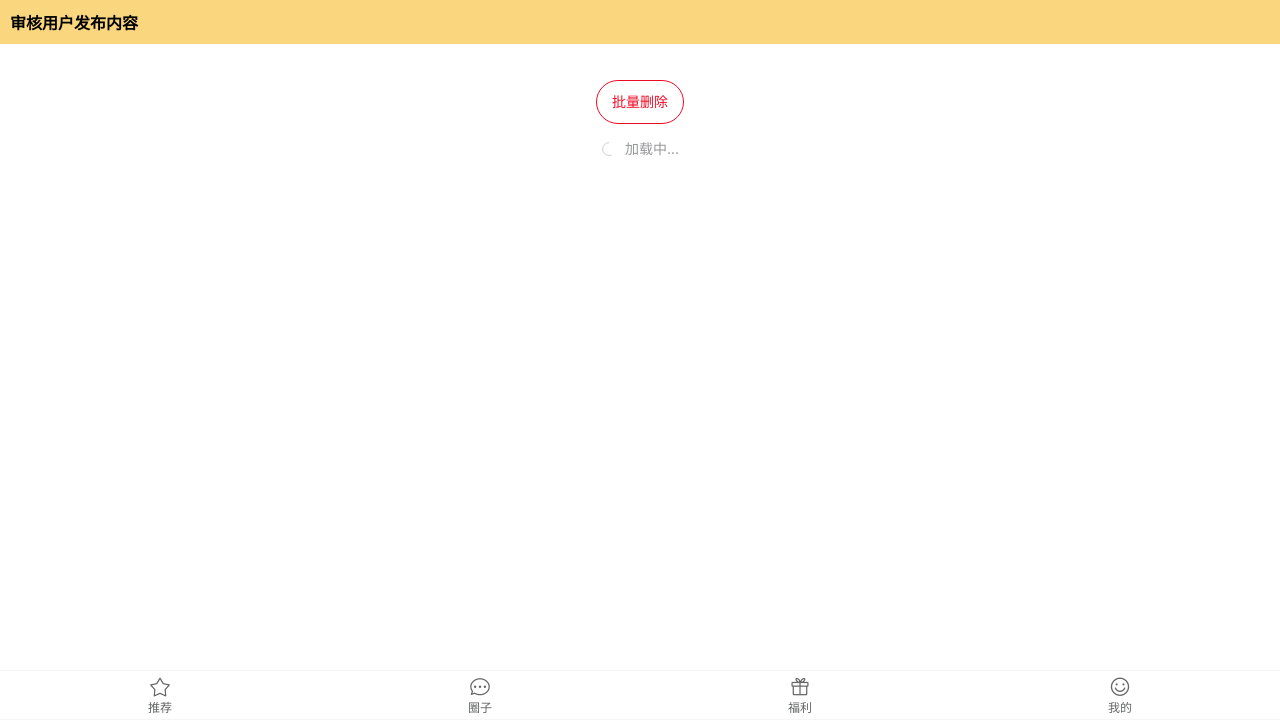
Repository: pbw-langwang/dm
Page: /#/Yhfabu (app in dm_vue/)
These files come from the project's save history. The page is drawn as it stood at one moment and after the next save; the edit follows.
The browser window is 1280 px wide. The pictures show the whole page.
The page's requests for data from a server got no answer. The project was rebuilt for these pictures with package versions that can differ from the ones it lists, and the page was loaded fresh each time. No one was signed in, and anything a server would have sent is missing. Also part of the build but not shown: dm_vue/src/components/HelloWorld.vue, dm_vue/src/components/video.vue, dm_vue/src/components/setting.vue, dm_vue/src/components/gift.vue, dm_vue/src/components/Regist.vue, dm_vue/src/components/history.vue, dm_vue/src/components/Search.vue, dm_vue/src/components/SearchList.vue and 4 more.

Above is the page before, as saved 2021-06-22 20:55:39.

### dm_vue/index.html
<!DOCTYPE html>
<html>
  <head>
    <meta charset="utf-8">
    <meta name="viewport" content="width=device-width,initial-scale=1.0">
    <title>toutiao</title>
  </head>
  <body>
    <div id="app"></div>
    <!-- built files will be auto injected -->
  </body>
</html>

### dm_vue/src/main.js
// The Vue build version to load with the `import` command
// (runtime-only or standalone) has been set in webpack.base.conf with an alias.
import Vue from 'vue'
import App from './App'
import router from './router'
import Vant from 'vant'
import 'vant/lib/index.css'
import axios from 'axios'
import VueAxios from 'vue-axios'

Vue.use(VueAxios, axios)
Vue.use(Vant);

axios.defaults.baseURL = 'http://localhost:8080/dm/';
axios.defaults.withCredentials = true;

Vue.config.productionTip = false

Vue.filter("dateFormat", function (dateStr, pattern = "") {
    var dt = new Date(dateStr);
    var y = dt.getFullYear();
    var m = dt.getMonth() + 1;
    var d = dt.getDate();
    if (pattern.toLowerCase() == "yyyy-mm-dd") {
        return `${y}年${m}月${d}日`
    } else {
        var hh = dt.getHours();
        var mm = dt.getMinutes();
        var ss = dt.getSeconds();
        return `${y}年${m}月${d}日 ${hh}:${mm}:${ss}`
    }
})

/* eslint-disable no-new */
new Vue({
    el: '#app',
    router,
    components: { App },
    template: '<App/>'
})

### dm_vue/src/App.vue
<template>
  <div id="app">
    <router-view />

    <van-tabbar v-model="active" route>
      <van-tabbar-item name="home" to="/" icon="star-o">推荐</van-tabbar-item>
      <van-tabbar-item name="search" to="/video" icon="chat-o"
        >圈子</van-tabbar-item
      >
      <van-tabbar-item name="search" to="/gift" icon="point-gift-o"
        >福利</van-tabbar-item
      >
      <van-tabbar-item name="setting" to="/setting" icon="smile-o"
        >我的</van-tabbar-item
      >
    </van-tabbar>
  </div>
</template>

<script>
export default {
  name: "App",
  data() {
    return {
      active: "home",
    };
  },
};
</script>

### dm_vue/src/router/index.js
import Vue from 'vue'
import Router from 'vue-router'
import HelloWorld from '@/components/HelloWorld'
import video from '@/components/video'
import setting from '@/components/setting'
import Gift from '@/components/gift'
import Regist from '@/components/Regist'
import History from "@/components/history"
import Search from "@/components/Search"
import SearchList from "@/components/SearchList"
import Postdetail from "@/components/Postdetail"
import Authord from "@/components/Authord"
import fabu from "@/components/fabu"
import FabuPost from "@/components/FabuPost"
import Yhfabu from "@/components/Yhfabu"

Vue.use(Router)

export default new Router({
    routes: [{
            path: '/',
            name: 'HelloWorld',
            component: HelloWorld
        },
        {
            path: '/video',
            name: 'Video',
            component: video
        },
        {
            path: '/setting',
            name: 'setting',
            component: setting
        },
        {
            path: "/gift",
            name: "gift",
            component: Gift
        },
        {
            path: "/Regist",
            name: "Regist",
            component: Regist
        }, {
            path: "/History",
            name: "History",
            component: History
        }, {
            path: "/Search",
            name: "Search",
            component: Search
        }, {
            path: "/SearchList/:value",
            name: "SearchList",
            component: SearchList
        }, {
            path: "/Postdetail/:value",
            name: "Postdetail",
            component: Postdetail
        },
        {
            path: "/Authord/:value",
            name: "Authord",
            component: Authord
        },
        {
            path: "/FabuPost",
            name: "FabuPost",
            component: FabuPost
        },
        {
            path: "/fabu",
            name: "fabu",
            component: fabu
        },
        {
            path: "/Yhfabu",
            name: "Yhfabu",
            component: Yhfabu
        }
    ]
})

### dm_vue/src/components/Yhfabu.vue
<template>
  <div>
    <div class="top">
      <h4 style="margin:0;text-align:center">审核用户发布内容</h4>
    </div>

    <div class="btn">
        <van-button type="danger" round plain @click="batchDel">批量删除</van-button>
    </div>

    <van-pull-refresh v-model="refreshing" @refresh="onRefresh">
        <van-list
          v-model="loading"
          :finished="finished"
          finished-text="没有更多了"
          @load="onLoad"
        >
        <van-checkbox-group v-model="result">
            <van-cell v-for="(item,index) in list" :key="item.postid" @click="toggle(index)">
                <template #right-icon>
                    <van-checkbox :name="item" ref="checkboxes"/>
                </template>
                <van-swipe-cell>
                    <van-card
                        @click="gotopostdetail(item.postid)"
                        :title="item.postcontent"
                        :thumb="picIp+item.postimg"
                        :tag="item.postgood == 1 ? '':'待审核'"
                    />
                    <template #right>
                        <van-button square text="删除" type="danger" class="delete-button" @click="del(item.postid)"></van-button>
                    </template>
                </van-swipe-cell>
            </van-cell>
        </van-checkbox-group>
        </van-list>
    </van-pull-refresh>
  </div>
</template>

<script>
export default {
  name:"Yhfabu",
  data(){
      return {
          picIp:"http://localhost:8080/pic/",
          pageIndex:1,
          list:[],
          userimg:localStorage.getItem("userImg"),
          username:localStorage.getItem("username"),
          loading:false,
          finished:false,
          refreshing:false,
          result:[],
      }
  },
  methods:{
    gotopostdetail(postId){
      this.$router.push("Postdetail/"+postId);
    },

    gotofabupost(){
      this.$router.push("FabuPost");
    },

    toggle(index){
      this.$refs.checkboxes[index].toggle();
    },

    onLoad(){
      if(this.refreshing){
        this.list=[];
        this.refreshing=false;
      }
      this.axios.get("userpost/getByid?current="+this.pageIndex+"&size=3&username="+localStorage.getItem("username")).then((response)=>{
        this.list=this.list.concat(response.data.records);
        this.loading=false;
        if(this.pageIndex>=response.data.pages){
            this.finished=true;
        }
        this.pageIndex++;
      })
    },

    onRefresh(){
        this.finished=false;
        this.pageIndex=1;
        this.loading=true;
        this.onLoad();
    },

    del(postid){
      this.axios.get("userpost/del?postid="+postid).then(res=>{
        console.log(res);
        this.refreshing=true;
        this.onRefresh();
      })
    },

    batchDel(){
      let delIds = [];
      this.result.forEach(item=>{
        delIds.push(item.postid);
      });
      this.axios.post("userpost/batchDel",{"delIds":delIds}).then(res=>{
        console.log(res);
        this.refreshing = true;
        this.onRefresh();
      });
    },
  }
}
</script>

<style scoped>
.top{
  z-index: 10000;
  width: 100%;
  display: flex;
  align-items: center;
  padding: 10px;
  position: fixed;
  top: 0;
  background-color: rgb(250,214,126);
}


.btn{
  text-align: center;
  margin-top: 80px;
}
.delete-button{
  height: 100%;
}

.contentList{
  border-bottom: #999 solid 5px;
}

.van-pull-refresh{
  padding-bottom: 50px;
}
.van-card__thumb{
  height: 50px;
}
.van-card__content{
  min-height: 50px;
}
</style>

After the next save:
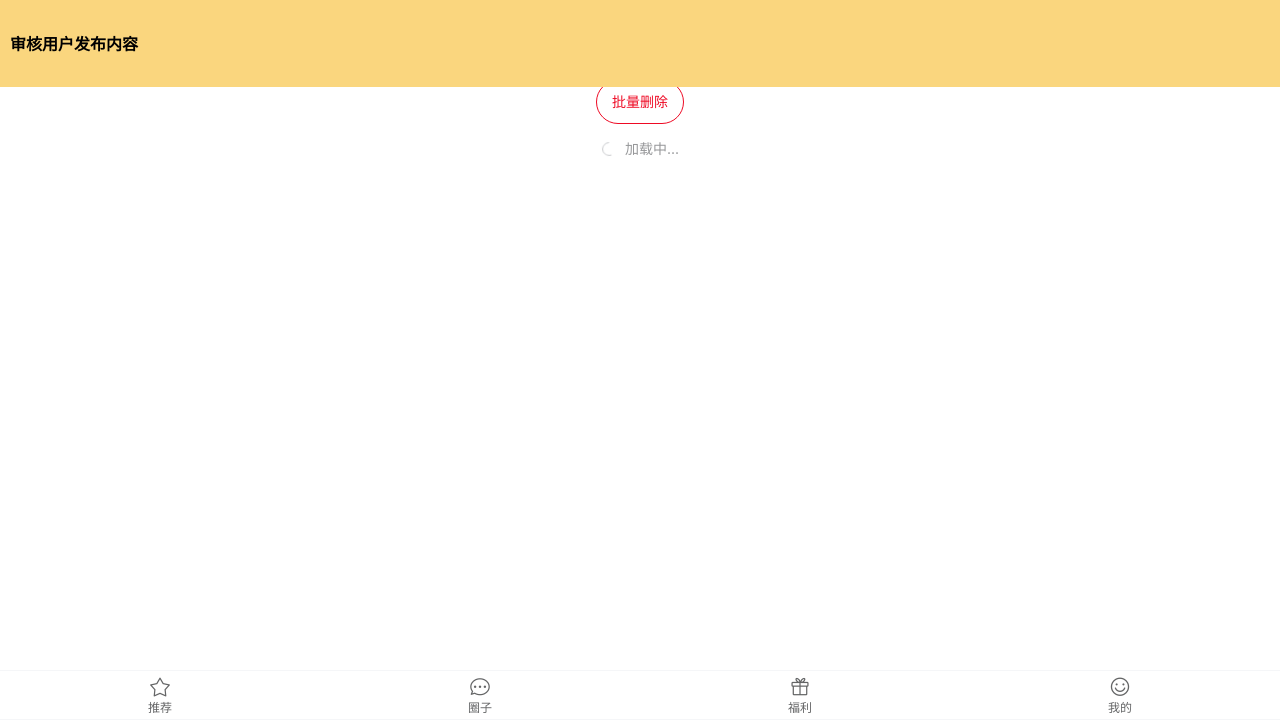
Saved 8 s later.
--- a/dm_vue/src/components/Yhfabu.vue
+++ b/dm_vue/src/components/Yhfabu.vue
@@ -1,7 +1,7 @@
 <template>
   <div>
     <div class="top">
-      <h4 style="margin:0;text-align:center">审核用户发布内容</h4>
+      <h4 style="margin=0;text-align=center">审核用户发布内容</h4>
     </div>
 
     <div class="btn">

After the save that followed:
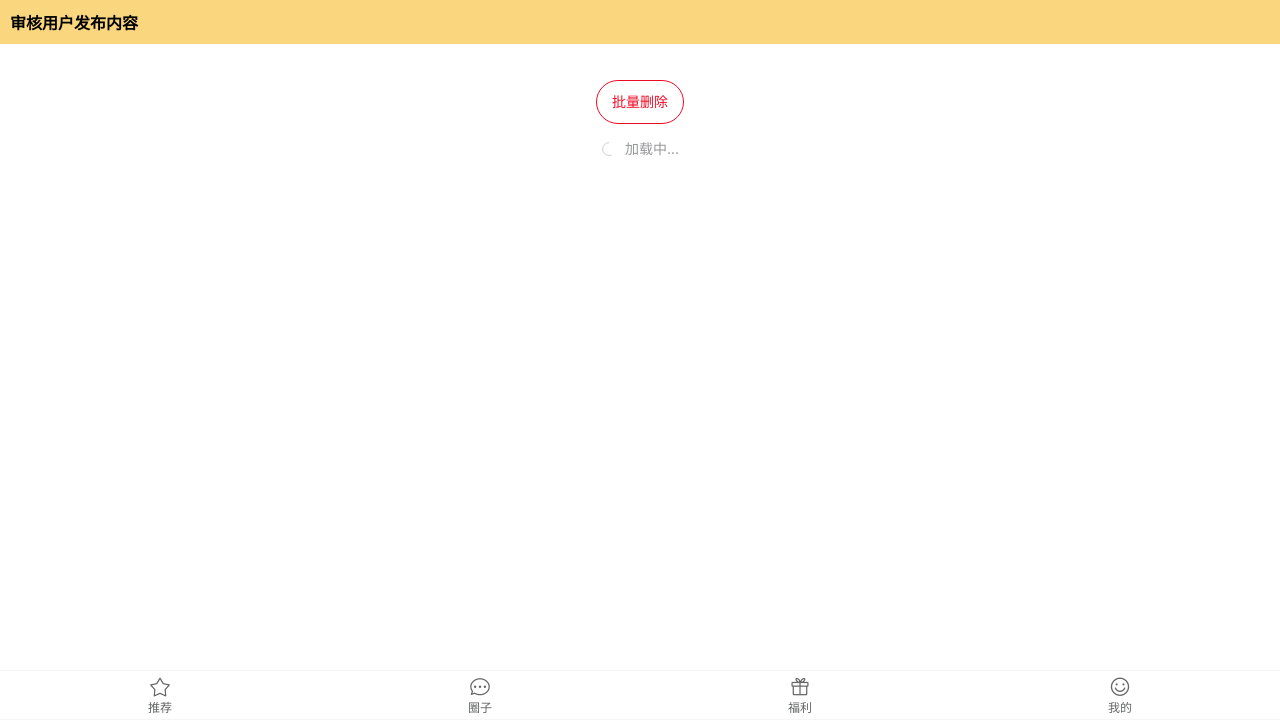
Saved 9 s later.
--- a/dm_vue/src/components/Yhfabu.vue
+++ b/dm_vue/src/components/Yhfabu.vue
@@ -1,7 +1,7 @@
 <template>
   <div>
     <div class="top">
-      <h4 style="margin=0;text-align=center">审核用户发布内容</h4>
+      <h4 style="margin:0;text-align:center">审核用户发布内容</h4>
     </div>
 
     <div class="btn">
